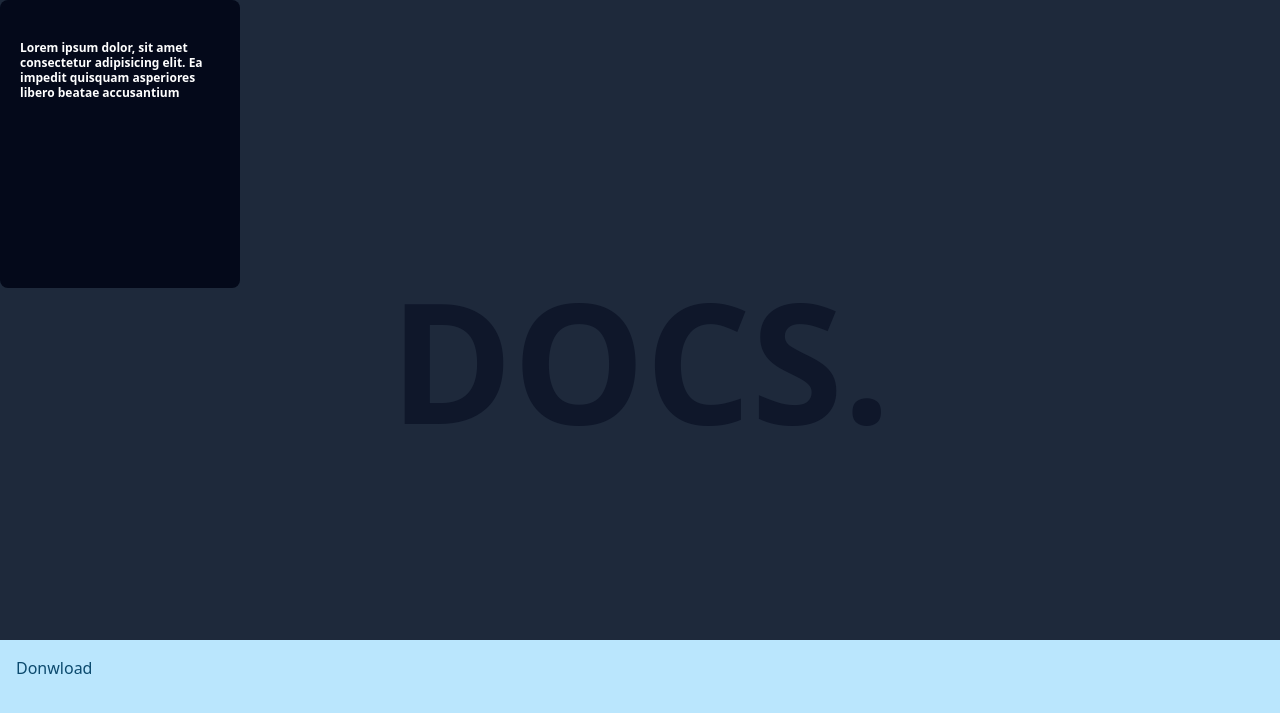
Repository: aliakbarmotallebi/framer-react
Page: /
The author's editor kept a copy of each file at every save. The page is drawn from the files as they stood at one save, then again after the next save.
The browser window is 1280 px wide. The pictures show the whole page.
The project was rebuilt for these pictures with package versions that can differ from the ones it lists, and the page was loaded fresh each time.

Above is the page before, as saved 2024-08-14 18:37:09.

### src/App.js
import React from "react";
import Background from "./components/Background";
import Card from "./components/Card";

function App() {
  return (
    <div className="relative h-screen w-full bg-slate-800">
      <Background />
      <Card />
    </div>
  );
}

export default App;

### src/components/Background.jsx
import React from "react";

function Background() {
    return <h1 className="absolute left-1/2 top-1/2 -translate-x-[50%] -translate-y-[50%] text-[13vw] font-semibold text-slate-900">
    DOCS.
  </h1>
}

export default Background;

### src/components/Card.jsx
import React, { Component } from 'react';

class Card extends Component {
    render() {
        return (
            <div className="w-60 h-72 rounded-lg bg-slate-950/90 p-5 text-white">

                <p className="text-xs leading-tight mt-5 font-semibold">
                    Lorem ipsum dolor, sit amet consectetur adipisicing elit. Ea impedit quisquam asperiores libero beatae accusantium
                </p>
                <div className="footer absolute bottom-0 bg-sky-200 w-full h-20 left-0">
                    <button className="text-sky-900 p-4">
                        Donwload
                    </button>
                </div>
            </div>
        );
    }
}

export default Card;

Loaded but not shown: public/index.html (common file); src/index.js (common file); src/index.css (common file); tailwind.config.js (common file)

After the next save:
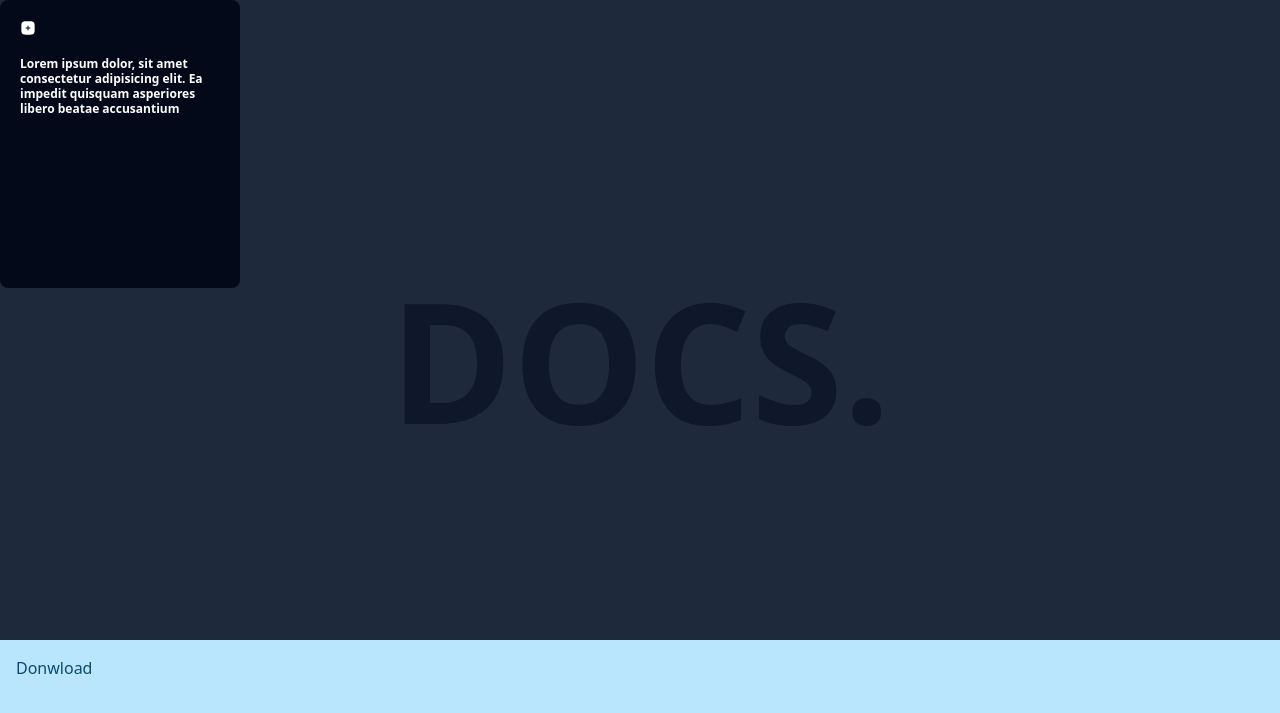
Saved 49 s later.
--- a/src/components/Card.jsx
+++ b/src/components/Card.jsx
@@ -4,7 +4,7 @@ class Card extends Component {
     render() {
         return (
             <div className="w-60 h-72 rounded-lg bg-slate-950/90 p-5 text-white">
-
+                <svg xmlns="http://www.w3.org/2000/svg" width="1em" height="1em" viewBox="0 0 24 24"><path fill="currentColor" fill-rule="evenodd" d="M12 22c-4.714 0-7.071 0-8.536-1.465C2 19.072 2 16.714 2 12s0-7.071 1.464-8.536C4.93 2 7.286 2 12 2s7.071 0 8.535 1.464C22 4.93 22 7.286 22 12s0 7.071-1.465 8.535C19.072 22 16.714 22 12 22m0-13.75a.75.75 0 0 1 .75.75v2.25H15a.75.75 0 0 1 0 1.5h-2.25V15a.75.75 0 0 1-1.5 0v-2.25H9a.75.75 0 0 1 0-1.5h2.25V9a.75.75 0 0 1 .75-.75" clip-rule="evenodd"/></svg>
                 <p className="text-xs leading-tight mt-5 font-semibold">
                     Lorem ipsum dolor, sit amet consectetur adipisicing elit. Ea impedit quisquam asperiores libero beatae accusantium
                 </p>
